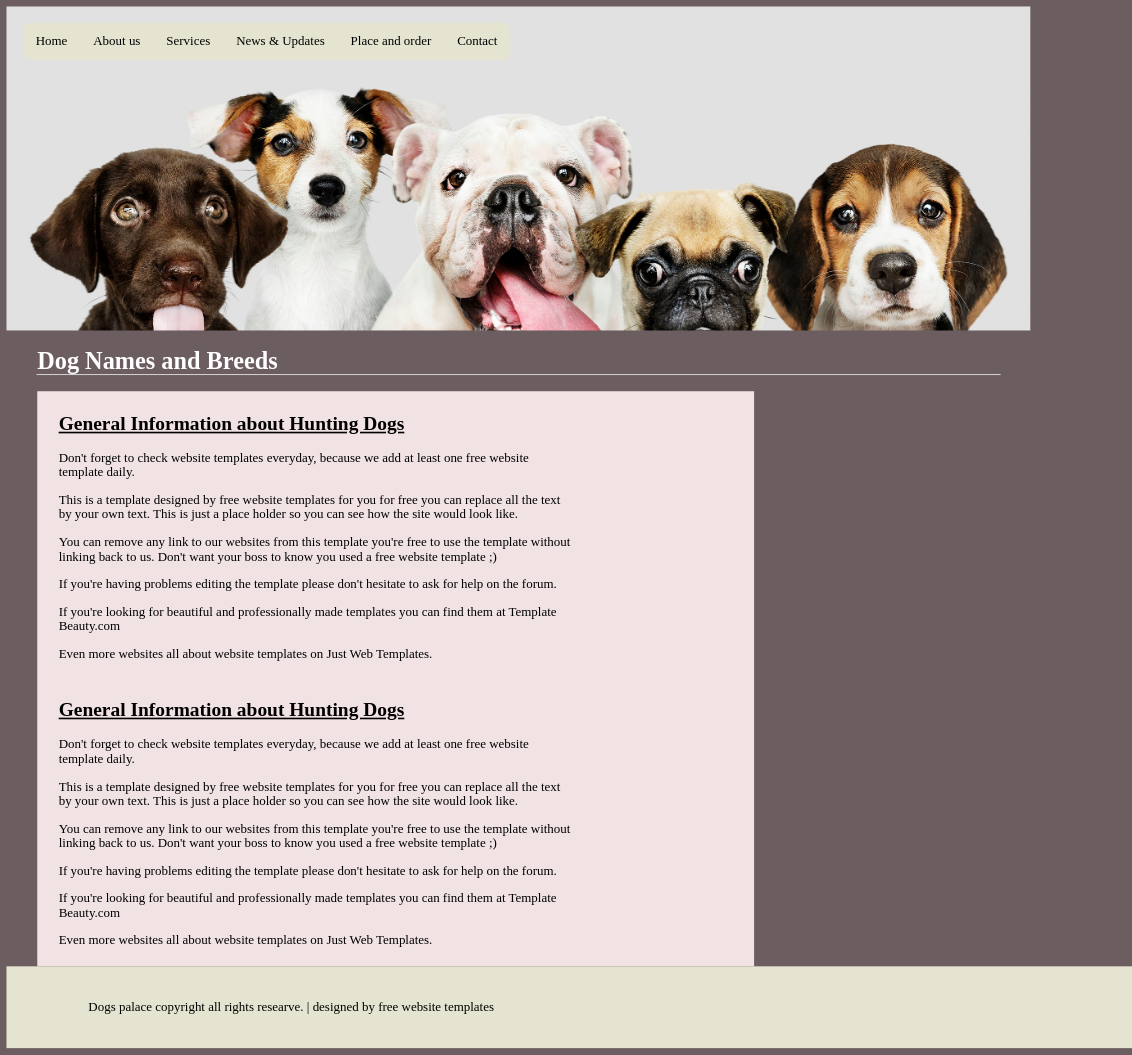
Repository: Tayma-Kazmouz/labwork
Page: index.html
An editor plug-in stored every save of this project. The page is shown before and after the next save, followed by the edit.
The browser window is 1280 px wide. The page is 1398 px wide, then 1348 px, so the pictures cover 1398 px, including what lies to the right of the window. The pictures show the whole page, at 81% of full size.

Above is the page before, as saved 2022-04-04 17:05:51.

After the next save:
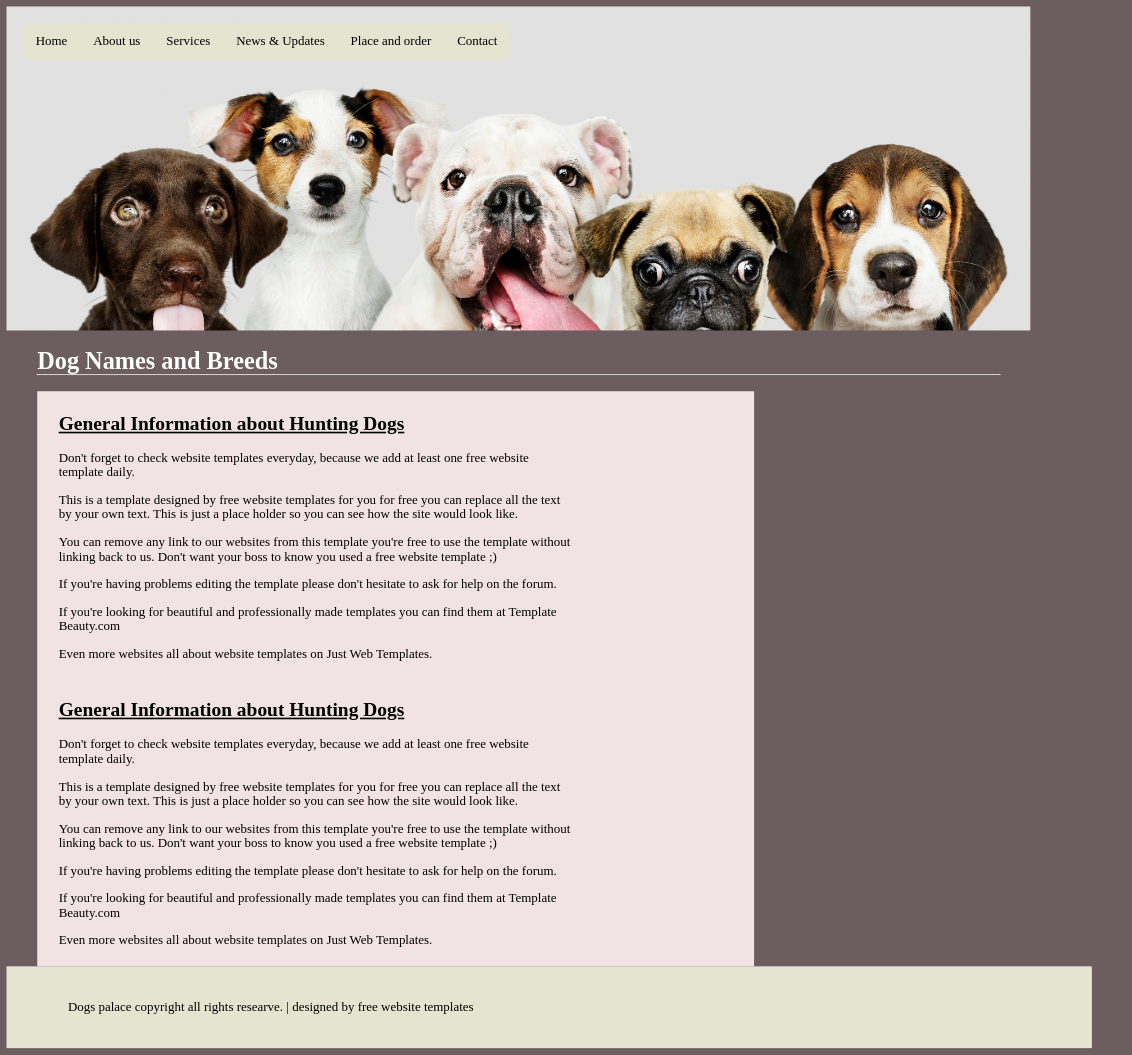
Saved 15 s later.
--- a/styles.css
+++ b/styles.css
@@ -69,6 +69,6 @@ p{
     background-color: rgb(228, 228, 208);
     width: 100%;
     position: relative;
-    padding: 2% 5% 2% 5%;
+    padding: 2% 3% 2% 3%;
 
 }
